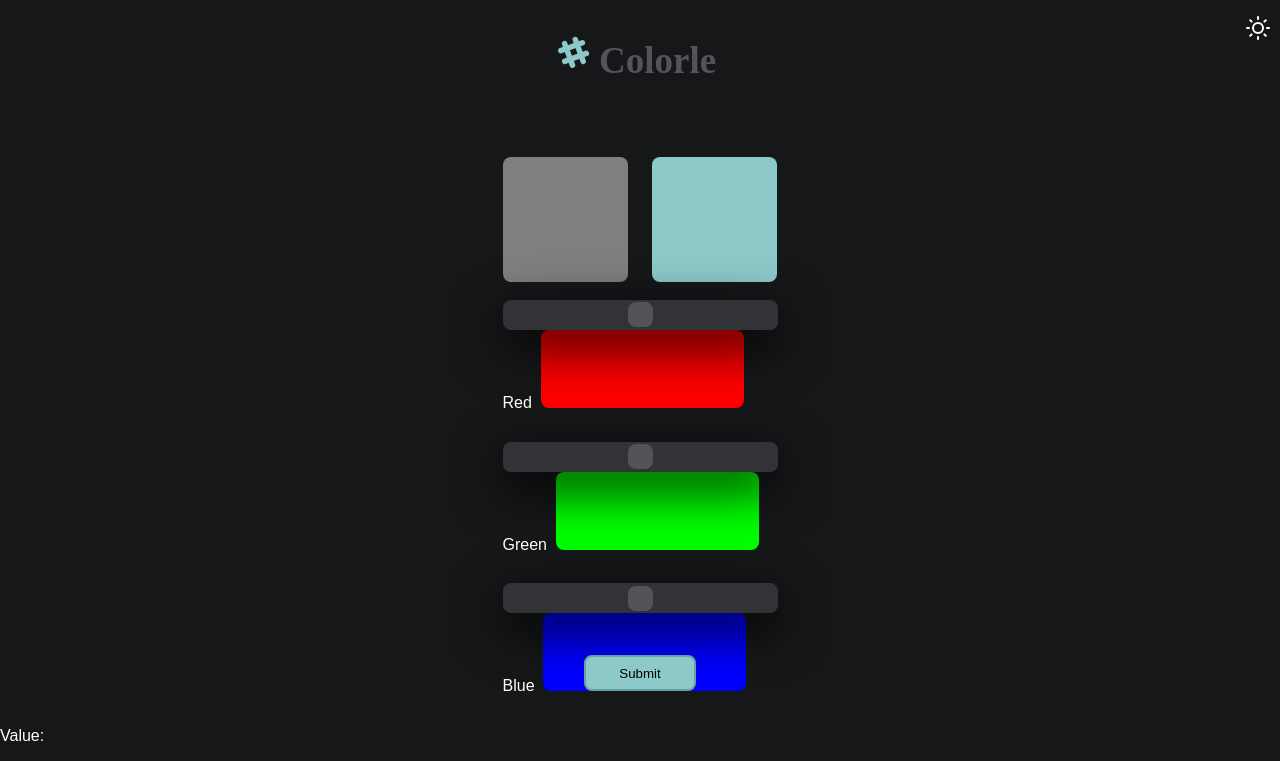
Repository: Artem-Melnik/Colorle
Page: index.html
The author's editor kept a copy of each file at every save. The page is drawn from the files as they stood at one save, then again after the next save.
The browser window is 1280 px wide. The pictures show the whole page.

Above is the page before, as saved 2022-05-14 22:04:50.

### index.html
<!-- TODO: Change text/icon color -->
<!-- TODO: Represent guess correctness using Linear-style icons -->
<!-- TODO: Replace Colorle text logo with SVG/image due to font problems -->
<!-- TODO: Add textboxes where player can enter exact RGB values -->
<!DOCTYPE html>
<html>
  <head>
    <title>Parcel Sandbox</title>
    <link rel="stylesheet" href="styles.css">
    <meta charset="UTF-8" />
    <meta name="viewport" content="width=device-width" />
  </head>

  <script
    src="https://ajax.googleapis.com/ajax/libs/jquery/3.6.0/jquery.min.js"
    type="text/javascript"
  ></script>
  <script
    src="https://ajax.googleapis.com/ajax/libs/jqueryui/1.13.1/jquery-ui.min.js"
    type="text/javascript"
  ></script>
  <!-- Host feather icons locally and remove CDN? -->
  <script src="https://unpkg.com/feather-icons"></script>
  <script>
      feather.replace();
    </script>
  <script type="module" src="index.js" type="text/javascript"></script>

  <body>
    <div id="app"></div>
    <div class="topBar">
      <div id="header">
        <img id="logo" src="assets/logo.svg">
        <p id="title">Colorle</p>
      </div>
      <p>
        <button type="button" id="themeToggle">
          <img src="assets/sun-icon.svg">
          <!-- <i id="themeIcon" data-feather="sun"></i> -->
        </button>
      </p>
    </div>

    <div id="topColors">
      <div id="previewAll"></div>
      <div id="correctColor"></div>
    </div>
    <div id="redContainer">
      <input
        type="range"
        min="0"
        max="255"
        value="128"
        class="slider"
        id="sliderRed"
      />
      <p class="currentColor" id="currentRed">Red</p>
      <p class="rating" id="ratingRed"></p>
      <div id="previewRed"></div>
    </div>
    <div id="greenContainer">
      <input
        type="range"
        min="0"
        max="255"
        value="128"
        class="slider"
        id="sliderGreen"
      />
      <p class="currentColor" id="currentGreen">Green</p>
      <p class="rating" id="ratingGreen"></p>
      <div id="previewGreen"></div>
    </div>
    <div id="blueContainer">
      <input
        type="range"
        min="0"
        max="255"
        value="128"
        class="slider"
        id="sliderBlue"
      />
      <p class="currentColor" id="currentBlue">Blue</p>
      <p class="rating" id="ratingBlue"></p>
      <div id="previewBlue"></div>
    </div>
    <div class="guessText">
      <p>Value: <span id="guessColor"></span></p>
    </div>
    <div class="buttonContainer">
      <button type="button" id="submitButton">Submit</button>
    </div>
  </body>
</html>

### styles.css
body {
  font-family: sans-serif;
  margin: 0;
  background: #151718;
  color: #ffffff;
}

.lightTheme {
  background: #ffffff;
  color: #151718;
}

/* Changes the correctColor gradient to dark/black */
/* .correctColorDark {
  background-image: linear-gradient(
    to bottom,
    rgba(0, 0, 0, 0),
    rgba(0, 0, 0, 1) 100%
  ) !important;
} */

#header {
  display: block;
  position: relative;
  margin-left: auto;
  margin-right: auto;
  margin-bottom: 7%;
  margin-top: 2%;
  width: 165px;
  height: 42px;
  align-items: center;
}

#logo {
  position: relative;
  justify-content: center;
  align-items: center;
  margin-top: 10px;
  margin-bottom: 5px;
  margin-right: 5px;
  width: 32px;
  height: 32px;
}

#title {
  font-family: "Asap";
  font-style: normal;
  font-weight: 700;
  font-size: 37px;
  line-height: 42px;
  display: inline-block;
  /* align-items: center; */
  /* text-align: center; */
  color: #535458;
  margin: 0px;
}

#themeToggle {
  width: 25px;
  height: 25px;
  position: absolute;
  right: 15px;
  top: 15px;
  color: grey;
  background: none;
  border: none;
  transform: scale(1);
  transition: all 0.5s;
}

#themeToggle:hover {
  transform: scale(1.2);
}

#themeIcon {
  color: grey;
  width: 25px;
  height: 25px;
  transform: scale(1);
  transition: all 0.5s;
}

#themeIcon.animate {
  color: grey;
  transform: scale(0);
}

.transform-active {
  /* background-color: blue;
  animation-name: darkToLight;
  animation-duration: 1s; */
  color: #151718;
}

.transform {
  -webkit-transition: all 2s ease;
  -moz-transition: all 2s ease;
  -o-transition: all 2s ease;
  -ms-transition: all 2s ease;
  transition: all 2s ease;
}

/* @keyframes darkTolight {
  0% {
    color: #ffffff;
  }
  100% {
    color: #151718;
  }
} */

/* #previewId {
  width: 100px;
  height: 100px;
  background-color: var(color);
  border: solid black;
} */

/* correctColor gradient */
/* #correctColor {
  position: absolute;
  top: 0px;
  width: 100%;
  height: 25%;
  background-color: var(color);
  margin: auto;
  background-image: linear-gradient(
    to bottom,
    rgba(255, 255, 255, 0),
    rgba(255, 255, 255, 1) 100%
  );
  z-index: -1;
} */

#topColors {
  width: 275px;
  margin: auto;
}

#correctColor {
  display: inline-block;
  position: relative;
  width: 125px;
  height: 125px;
  border-radius: 8px;
  margin-left: 10px;
}

#previewAll {
  background-color: rgb(127, 127, 127);
  display: inline-block;
  position: relative;
  width: 125px;
  height: 125px;
  border-radius: 8px;
  order: 1;
  margin-right: 10px;
}

#redContainer,
#greenContainer,
#blueContainer {
  display: auto;
  justify-content: center;
  margin: auto;
  width: 275px;
}

#sliderRed,
#sliderGreen,
#sliderBlue {
  display: block;
  -webkit-appearance: none;
  -moz-appearance: none;
  appearance: none;
  background: #323337;
  width: 275px;
  height: 30px;
  top: 100px;
  border-radius: 8px;
  margin: auto;
  margin-top: 5%;
  filter: drop-shadow(0px 15px 25px #000000);
}

#sliderRed::-webkit-slider-thumb,
#sliderGreen::-webkit-slider-thumb,
#sliderBlue::-webkit-slider-thumb {
  -webkit-appearance: none;
  appearance: none;
  width: 25px;
  height: 25px;
  background: #535458;
  cursor: pointer;
  border-radius: 8px;
}

#currentRed,
#currentGreen,
#currentBlue,
#ratingRed,
#ratingGreen,
#ratingBlue {
  display: inline-block;
  position: relative;
}

#previewRed,
#previewGreen,
#previewBlue {
  display: inline-block;
  position: relative;
  width: 203px;
  height: 78px;
  /* background-color: var(color); */
  /* border: solid black; */
  border-radius: 8px;
  margin: auto;
  z-index: -1;
}

#previewRed {
  background-color: rgb(255, 0, 0);
}

#previewGreen {
  background-color: rgb(0, 255, 0);
}

#previewBlue {
  background-color: rgb(0, 0, 255);
}

.buttonContainer {
  display: flex;
  justify-content: center;
}

#submitButton {
  position: fixed;
  width: 112px;
  height: 36px;
  bottom: 4%;
  border: 2px solid;
  border-radius: 8px;
  transition: all 0.3s ease 0s;
}

#submitButton:hover {
  position: fixed;
  width: 112px;
  height: 36px;
  bottom: 4%;
  border: 2px solid;
  border-radius: 8px;
  filter: drop-shadow(0px 10px 15px #8dc9c980);
  transform: translateY(-5px);
}

#submitButton:active {
  position: fixed;
  width: 112px;
  height: 36px;
  bottom: 4%;
  border: 2px solid;
  border-radius: 8px;
  filter: drop-shadow(0px 10px 15px #8dc9c980);
  transform: translateY(-1px);
}

### index.js
// document.getElementById("sliderRange").innerHTML = `
// <div class="slidercontainer"></div>
// `;
// var root = document.querySelector(":root");
// var slider = document.getElementById("sliderRange");
// // Change "demo" to something else?
// var sliderRange = document.getElementById("demo");
// sliderRange.innerHTML = slider.value;
let correctRed = 141;
let correctGreen = 201;
let correctBlue = 201;

let red;
let green;
let blue;
// TODO: Split correctRGB into 3 seperate colors
let correctRgb =
  "rgb(" + correctRed + ", " + correctGreen + ", " + correctBlue + ")";

function changeColor() {
  red = document.getElementById("sliderRed").value;
  green = document.getElementById("sliderGreen").value;
  blue = document.getElementById("sliderBlue").value;

  document.getElementById("previewRed").style.backgroundColor =
    "rgb(" + red + ", 0, 0)";
  document.getElementById("previewGreen").style.backgroundColor =
    "rgb(0," + green + ", 0)";
  document.getElementById("previewBlue").style.backgroundColor =
    "rgb(0, 0," + blue + ")";

  document.getElementById("currentRed").textContent = red;
  document.getElementById("currentGreen").textContent = green;
  document.getElementById("currentBlue").textContent = blue;
}

// Shows guess color when submit button is clicked
// Also checks how close the guess is to the correct color
function onSubmit() {
  document.getElementById("previewAll").style.backgroundColor =
    "rgb(" + red + ", " + green + ", " + blue + ")";
  document.getElementById("guessColor").textContent =
    "rgb(" + red + ", " + green + ", " + blue + ")";

  // TODO: Optimize code for red, green, and blue checks
  // Check if red guess is correct
if (red == correctRed) {
  document.getElementById('ratingRed').innerText = "SS";
} else if ((red > correctRed - 6) && (red < correctRed + 6)) {
  document.getElementById('ratingRed').innerText = "S";
} else if ((red > correctRed - 12) && (red < correctRed + 12)) {
  document.getElementById('ratingRed').innerText = "A";
} else if ((red > correctRed - 24) && (red < correctRed + 24)) {
  document.getElementById('ratingRed').innerText = "B";
} else if ((red > correctRed - 48) && (red < correctRed + 48)) {
  document.getElementById('ratingRed').innerText = "C";
} else {
  document.getElementById('ratingRed').innerText = "D";
}

  // Does same thing as red check but for green
if (green == correctGreen) {
  document.getElementById('ratingGreen').innerText = "SS";
} else if ((green > correctGreen - 6) && (green < correctGreen + 6)) {
  document.getElementById('ratingGreen').innerText = "S";
} else if ((green > correctGreen - 12) && (green < correctGreen + 12)) {
  document.getElementById('ratingGreen').innerText = "A";
} else if ((green > correctGreen - 24) && (green < correctGreen + 24)) {
  document.getElementById('ratingGreen').innerText = "B";
} else if ((green > correctGreen - 48) && (green < correctGreen + 48)) {
  document.getElementById('ratingGreen').innerText = "C";
} else {
  document.getElementById('ratingGreen').innerText = "D";
}

  // Does same thing as red check but for blue
if (blue == correctBlue) {
  document.getElementById('ratingBlue').innerText = "SS";
} else if ((blue > correctBlue - 6) && (blue < correctBlue + 6)) {
  document.getElementById('ratingBlue').innerText = "S";
} else if ((blue > correctBlue - 12) && (blue < correctBlue + 12)) {
  document.getElementById('ratingBlue').innerText = "A";
} else if ((blue > correctBlue - 24) && (blue < correctBlue + 24)) {
  document.getElementById('ratingBlue').innerText = "B";
} else if ((blue > correctBlue - 48) && (blue < correctBlue + 48)) {
  document.getElementById('ratingBlue').innerText = "C";
} else {
  document.getElementById('ratingBlue').innerText = "D";
}

  // if ("rgb(" + red + "," + green + "," + blue + ")" === "rgb(141,201,201)") {
  //   alert("Correct!");
  // }
}

$("#themeToggle").click(function () {
  $("#themeIcon").toggleClass("animate");
});

function themeSwitch() {
  document.body.classList.toggle("lightTheme");
  document.getElementById("correctColor").classList.toggle("correctColorDark");
}

document.getElementById("correctColor").style.backgroundColor = correctRgb;
document.getElementById("submitButton").style.backgroundColor = correctRgb;
document.getElementById("submitButton").style.borderColor =
  "rgb(" +
  (correctRed - 38) +
  ", " +
  (correctGreen - 38) +
  ", " +
  (correctBlue - 38) +
  ")";

document.getElementById("sliderRed").addEventListener("input", changeColor);
document.getElementById("sliderGreen").addEventListener("input", changeColor);
document.getElementById("sliderBlue").addEventListener("input", changeColor);
document.getElementById("submitButton").addEventListener("click", onSubmit);
document.getElementById("themeToggle").addEventListener("click", themeSwitch);

// Plugs in sliderRange for green in RGB
// Outputs the value of the slider
// slider.oninput = function () {
//   sliderRange.innerHTML = this.value;
//   root.style.setProperty("--green", sliderRange);
//   alert(sliderRange);
// };

After the next save:
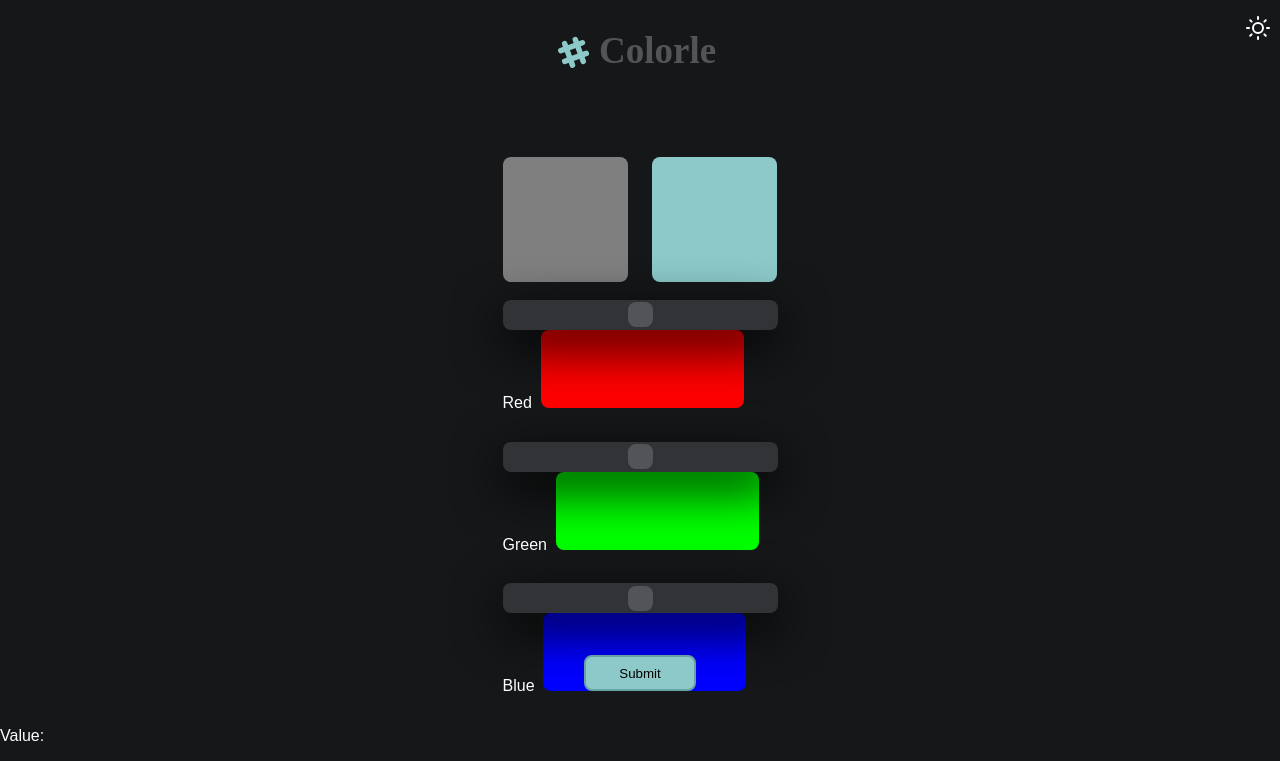
Saved 10 s later.
--- a/styles.css
+++ b/styles.css
@@ -36,7 +36,7 @@ body {
   justify-content: center;
   align-items: center;
   margin-top: 10px;
-  margin-bottom: 5px;
+  margin-bottom: -5px;
   margin-right: 5px;
   width: 32px;
   height: 32px;
